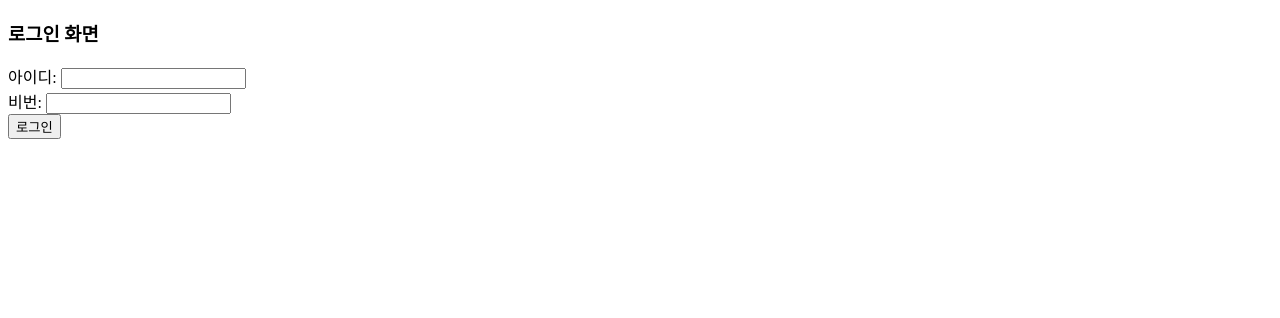
Repository: beom2pm/ds_edu_springFramework
Page: http://localhost/02Day_web2__RequestParam/login
These files come from the project's save history. The page is drawn as it stood at one moment and after the next save; the edit follows.
The browser window is 1280 px wide. The pictures show the whole page.
The page is served by Tomcat 9. Other server files are loaded and not shown.

Above is the page before, as saved 2021-02-03 04:58:12.

### 02Day_web2_@RequestParam/src/main/webapp/WEB-INF/views/loginForm.jsp
<%@ page language="java" contentType="text/html; charset=UTF-8"
    pageEncoding="UTF-8"%>
<!DOCTYPE html>
<html>
<head>
<meta charset="UTF-8">
<title>Insert title here</title>
</head>
<body>
<h3>로그인 화면</h3>
<form action="/app/login" method="get">
아이디: <input type="text" name="userid"><br>
비번: <input type="text" name="passwd"><br>
<input type="submit" value="로그인">
</form>
</body>
</html>

After the next save:
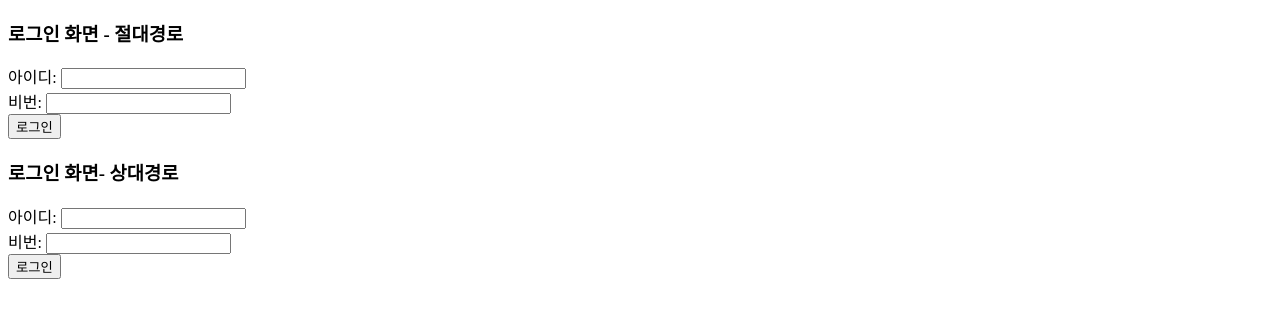
Saved 83 s later.
--- a/02Day_web2_@RequestParam/src/main/webapp/WEB-INF/views/loginForm.jsp
+++ b/02Day_web2_@RequestParam/src/main/webapp/WEB-INF/views/loginForm.jsp
@@ -1,5 +1,5 @@
 <%@ page language="java" contentType="text/html; charset=UTF-8"
-    pageEncoding="UTF-8"%>
+	pageEncoding="UTF-8"%>
 <!DOCTYPE html>
 <html>
 <head>
@@ -7,11 +7,17 @@
 <title>Insert title here</title>
 </head>
 <body>
-<h3>로그인 화면</h3>
-<form action="/app/login" method="get">
-아이디: <input type="text" name="userid"><br>
-비번: <input type="text" name="passwd"><br>
-<input type="submit" value="로그인">
-</form>
+	<h3>로그인 화면 - 절대경로</h3>
+	<form action="/app/login" method="get">
+		아이디: <input type="text" name="userid"><br> 비번: <input
+			type="text" name="passwd"><br> <input type="submit"
+			value="로그인">
+	</form>
+	<h3>로그인 화면- 상대경로</h3>
+	<form action="/app/login" method="get">
+		아이디: <input type="text" name="userid"><br> 비번: <input
+			type="text" name="passwd"><br> <input type="submit"
+			value="로그인">
+	</form>
 </body>
 </html>
